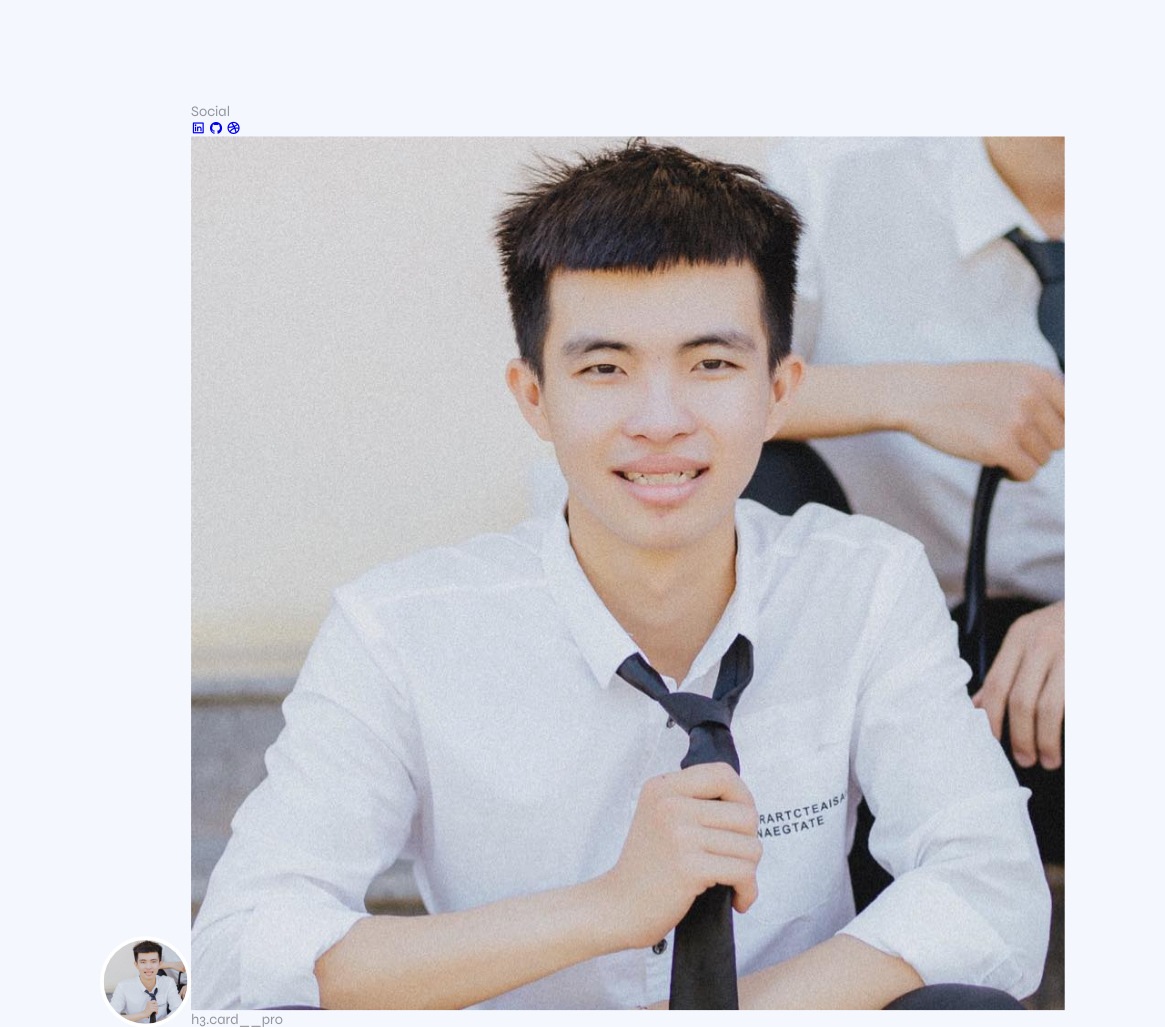
Repository: dinhhaidh/Profile
Page: index.html
An editor plug-in stored every save of this project. The page is shown before and after a run of saves, followed by the edit.
The browser window is 1280 px wide. The pictures show the whole page, at 91% of full size.
Some web libraries are served in a nearby version.

Above is the page before, as saved 2024-02-29 09:00:28.

### index.html
<!DOCTYPE html>
<html lang="en">
<head>
    <meta charset="UTF-8">
    <meta name="viewport" content="width=device-width, initial-scale=1.0">

    <!--=============== REMIXICONS ===============-->
    <link rel="stylesheet" href="https://cdnjs.cloudflare.com/ajax/libs/remixicon/4.0.1/remixicon.css">

    <!--=============== CSS ===============-->
    <link rel="stylesheet" href="style.css">

    <title>Profile card with tooltip</title>
</head>
<body>
    <div class="container">
        <article class="card__article">
            <div class="card__profile">
                <img src="./img/img.jpg" alt="image" class="card__profile-img">
            </div>

            <div class="card__tooltip">
                <div class="card__content">
                    <header class="card__header">
                        <span>Social</span>

                        <div class="card__social">
                            <a href="https://www.linkedin.com" target="_blank">
                                <i class="ri-linkedin-box-line"></i>
                            </a>

                            <a href="https://www.github.com" target="_blank">
                                <i class="ri-github-fill"></i>
                            </a>

                            <a href="https://www.dribbble.com" target="_blank">
                                <i class="ri-dribbble-line"></i>
                            </a>
                        </div>
                    </header>

                    <div class="card__data">
                        <div class="card__image">
                            <div class="card__mask">
                                <img src="./img/img.jpg" alt="image" class="card__img">
                            </div>

                            <span class="card__stutus">

                            </span>
                        </div>
                        <h2 class="card__name"></h2>
                        h3.card__pro
                    </div>
                </div>
            </div>
        </article>
    </div>
</body>
</html>

### style.css
/*=============== GOOGLE FONTS ===============*/
@import url("https://fonts.googleapis.com/css2?family=Syne:wght@400;500;600&display=swap");

/*=============== VARIABLES CSS ===============*/
:root {
    /*========== Colors ==========*/
    /*Color mode HSL(hue, saturation, lightness)*/
    --first-color: hsl(230, 100%, 50%);
    --second-color: hsl(150, 100%, 38%);
    --title-color: hsl(230, 24%, 12%);
    --text-color: hsl(230, 4%, 60%);
    --gray-color: hsl(230, 24%, 88%);
    --border-color: hsl(230, 4%, 92%);
    --body-color: hsl(230, 100%, 98%);
    --container-color: hsl(0, 0%, 100%);

    /*========== Font and typography ==========*/
    /*.5rem = 8px | 1rem = 16px ...*/
    --body-font: "Syne", sans-serif;
    --h2-font-size: 1.25rem;
    --normal-font-size: 1rem;
}

/*=============== BASE ===============*/
* {
    box-sizing: border-box;
    padding: 0;
    margin: 0;
}

body {
    font-family: var(--body-font);
    font-size: var(--normal-font-size);
    background-color: var(--body-color);
    color: var(--text-color);
}

a {
    text-decoration: none;
}

img {
    display: block;
    max-width: 100%;
    height: auto;
}

/*=============== CARD ===============*/
.container{
    height: 100vh;
    display: grid;
    place-items: center;
    margin-inline: 1.5rem;
    padding-block: 7rem;
}
.card__article{
    position: relative;
    align-items: flex-end;
    display: flex;
    justify-content: center;
}
.card__profile{
    width: 100px;
    height: 100px;
    background-color: var(--gray-color);
    border-radius: 50%;
    overflow: hidden;
    display:flex;
    align-items: flex-end;
    justify-content: center;
    border: 4px solid var(--container-color);
    z-index: 5;
}
.card__profile-img{
    width: 95px;
}

/* Scale profile image */


/* Show tooltip card */


/*=============== BREAKPOINTS ===============*/
/* For medium devices */

After the next 2 saves:
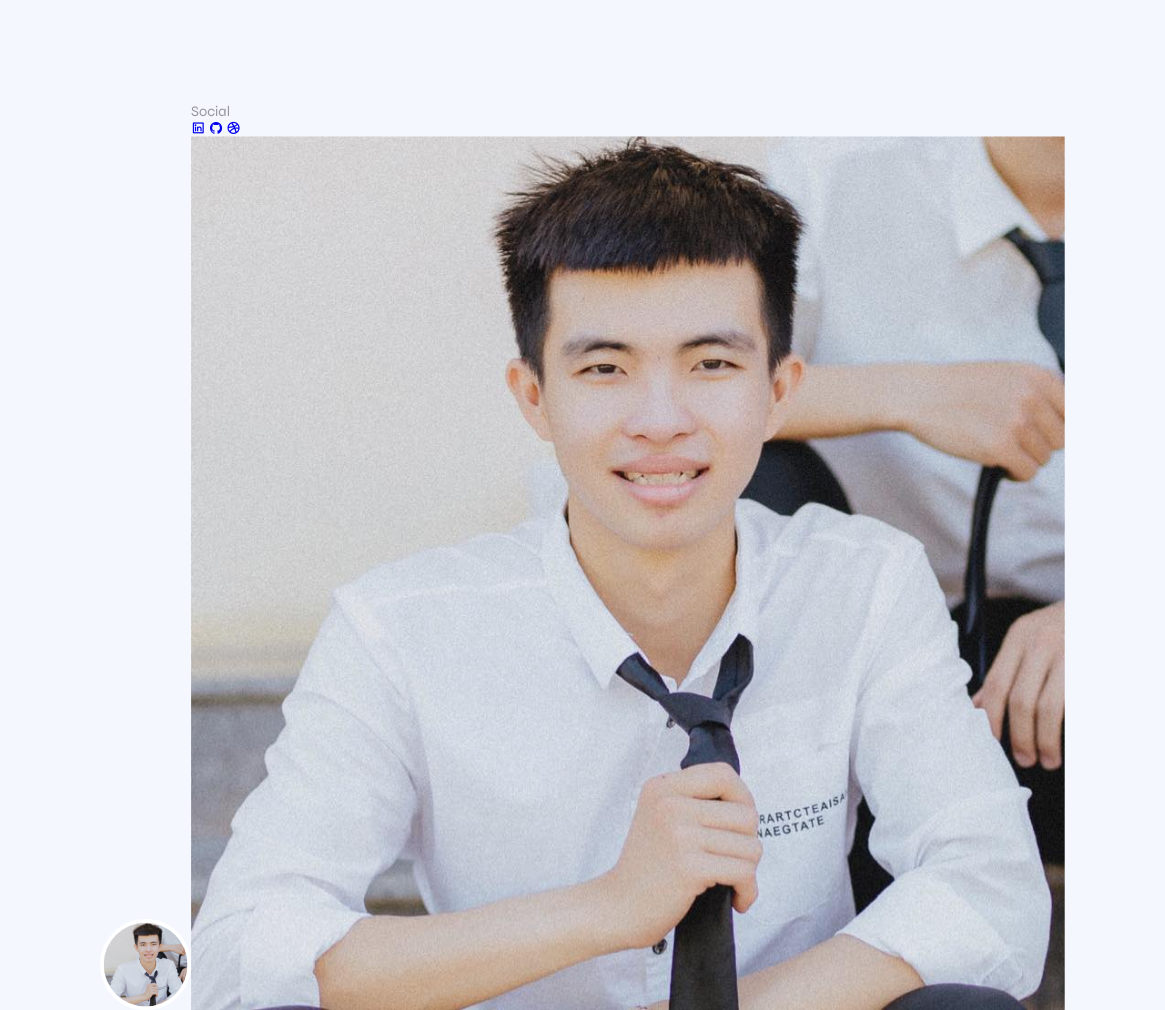
The 2 saves are shown as one change because they came seconds apart.
The last was saved 5 s later.
--- a/index.html
+++ b/index.html
@@ -50,7 +50,7 @@
                             </span>
                         </div>
                         <h2 class="card__name"></h2>
-                        h3.card__pro
+                        <h3 class="card__profess"></h3>
                     </div>
                 </div>
             </div>
